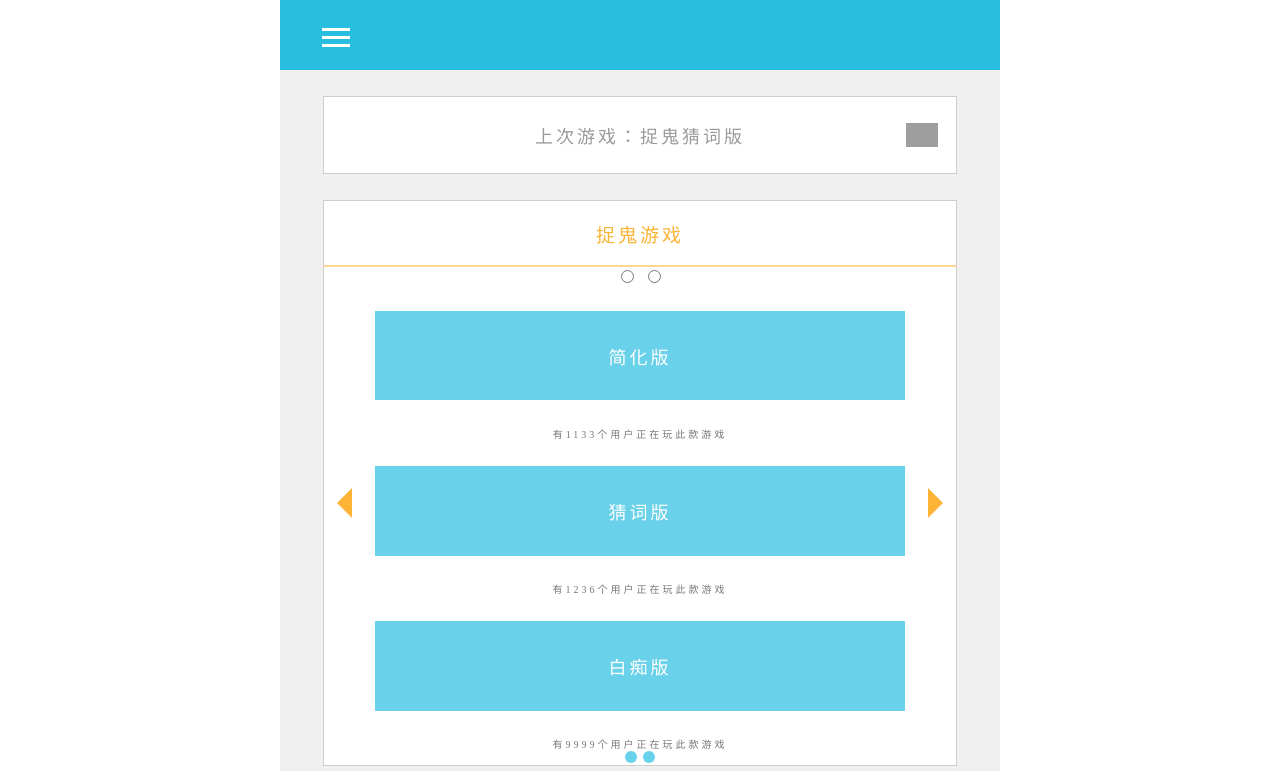
Repository: leozhangpd/My-Codes
Page: JS/two-project/home_page.html
These files come from the project's save history. The page is drawn as it stood at one moment and after the next save; the edit follows.
The browser window is 1280 px wide. The pictures show the whole page.
Pictures or frames that could not be fetched are drawn as grey boxes.

Above is the page before, as saved 2020-11-06 16:37:28.

After the next save:
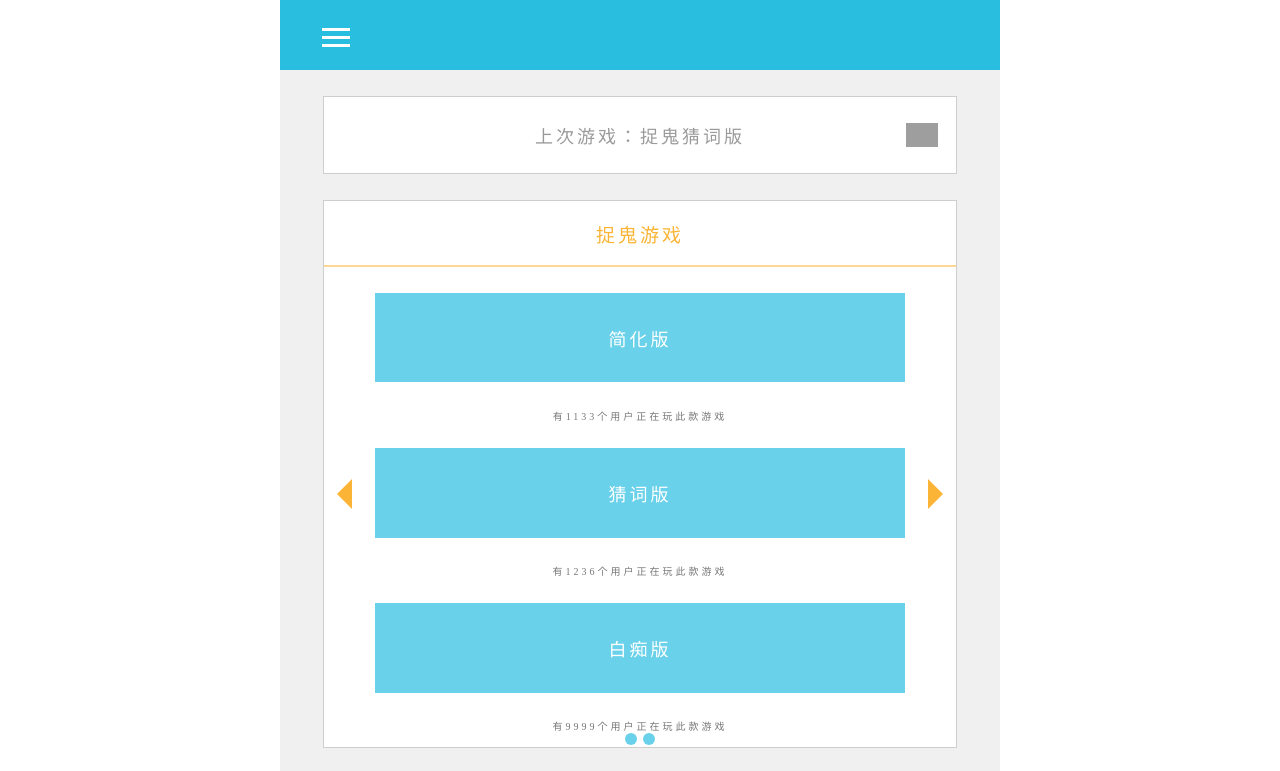
Saved 83 s later.
--- a/JS/two-project/css/home_page.css
+++ b/JS/two-project/css/home_page.css
@@ -79,7 +79,7 @@
 .list>li:nth-child(even){/*option__hint*/
     color: #787878;
 }
-/* input{display: none;} */
+input{display: none;}
 .page>label{/*page__dot*/
     display: inline-block;
     padding-top: 12px;

After the save that followed:
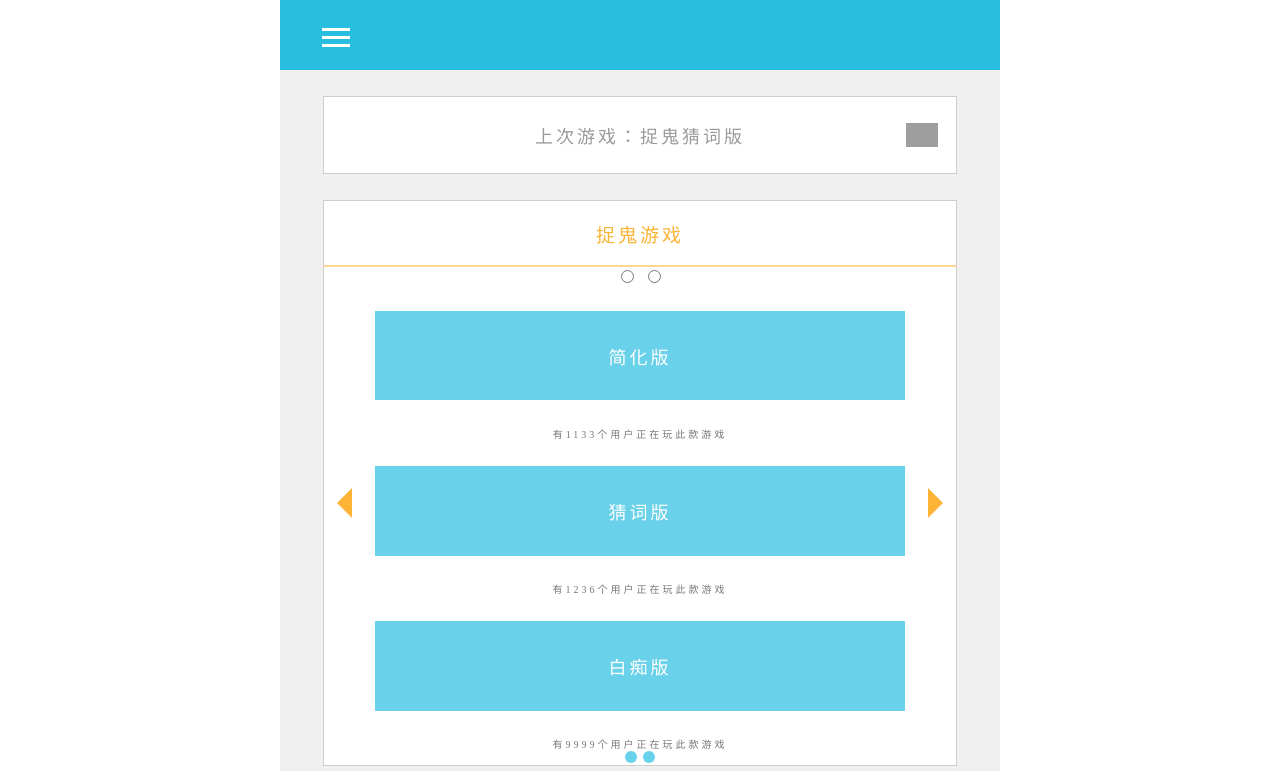
Saved 116 s later.
--- a/JS/two-project/css/home_page.css
+++ b/JS/two-project/css/home_page.css
@@ -79,7 +79,6 @@
 .list>li:nth-child(even){/*option__hint*/
     color: #787878;
 }
-input{display: none;}
 .page>label{/*page__dot*/
     display: inline-block;
     padding-top: 12px;
